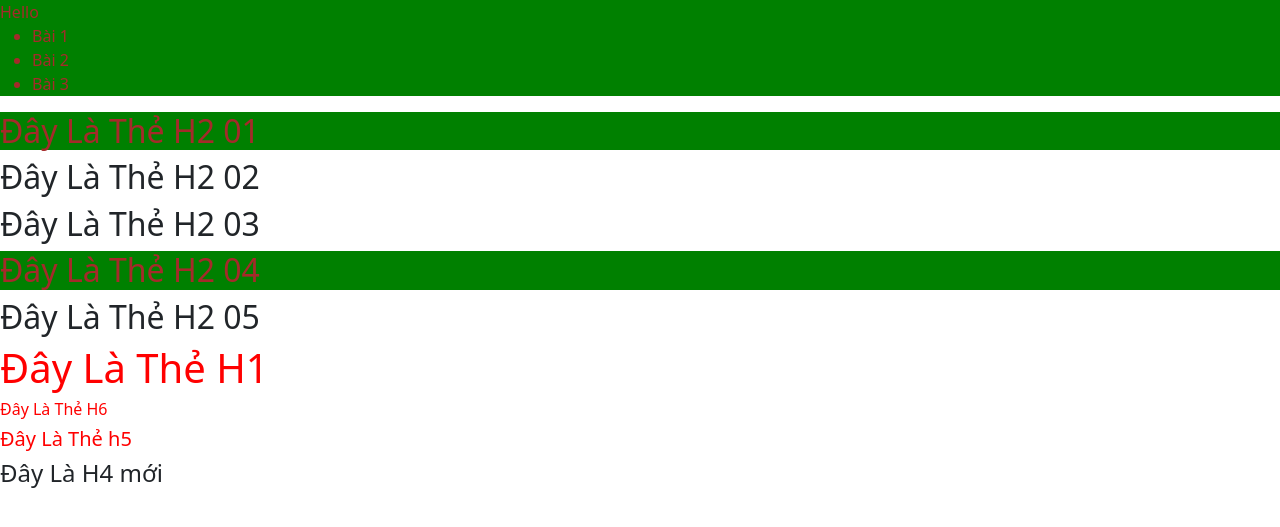
Repository: HuynhDuc23/learn__javascript__basic
Page: lab19/dom.html
These files come from the project's save history. The page is drawn as it stood at one moment and after the next save; the edit follows.
The browser window is 1280 px wide. The pictures show the whole page.

Above is the page before, as saved 2024-01-10 10:57:48.

After the next save:
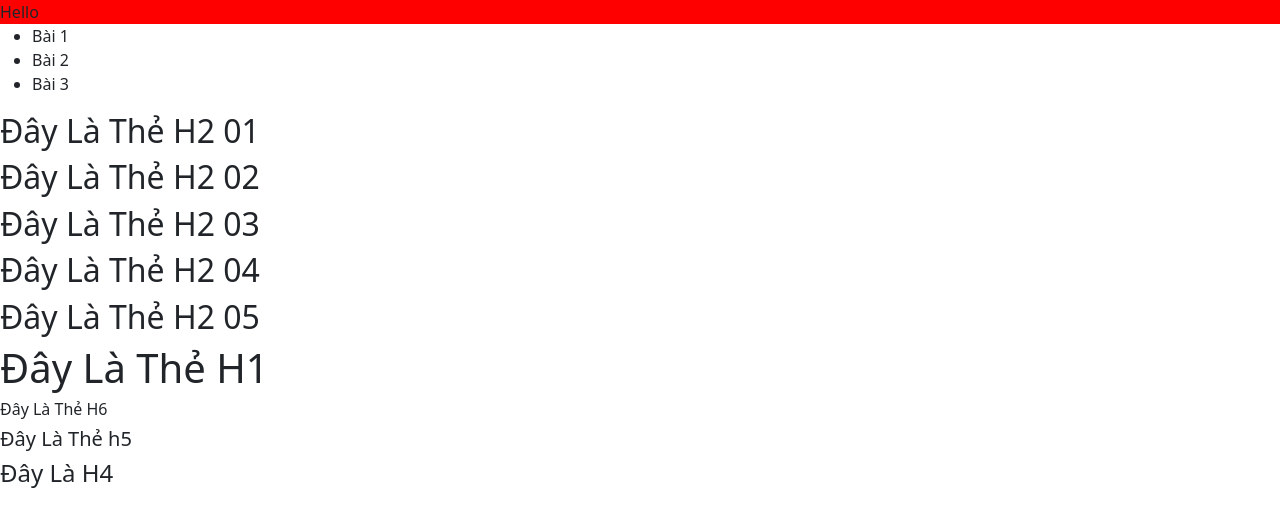
Console error: SyntaxError: missing ) after argument list
Saved 29 s later.
--- a/lab19/dom.html
+++ b/lab19/dom.html
@@ -46,7 +46,7 @@
        const h4 =  document.querySelector("h4").innerHTML="Đây Là H4 mới"
        console.log(typeof h4)
        const h4Test =  document.querySelector("h4");
-       console.log(h4Test);
+       console.log( typof h4Test);
 
        var test = "";
       var newTest =  test.innerHTML ="inner HTML New";

After the save that followed:
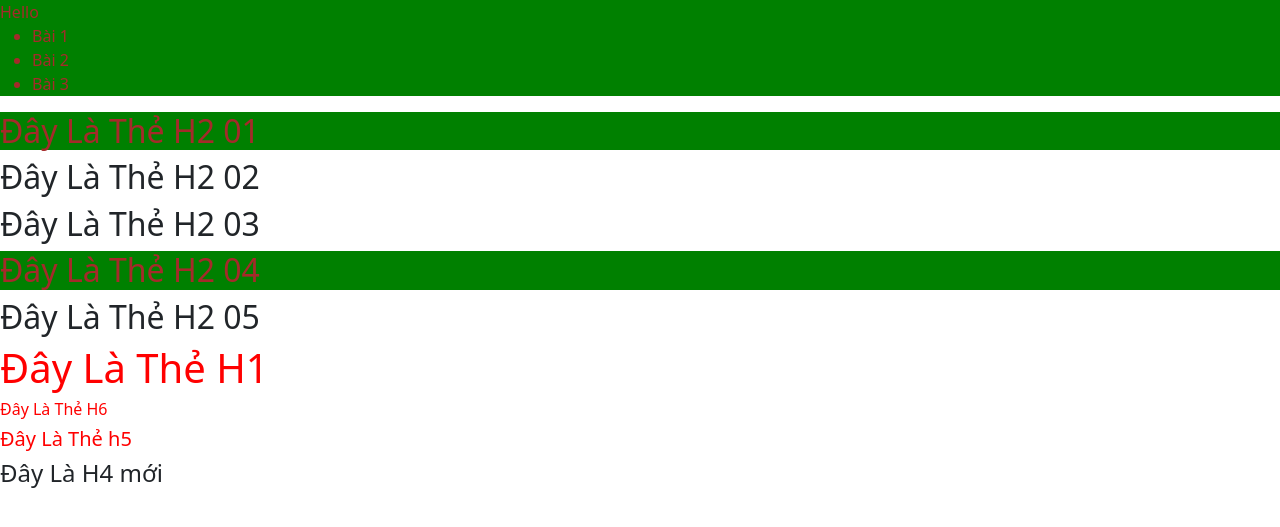
The error is gone.
Saved 5 s later.
--- a/lab19/dom.html
+++ b/lab19/dom.html
@@ -46,7 +46,7 @@
        const h4 =  document.querySelector("h4").innerHTML="Đây Là H4 mới"
        console.log(typeof h4)
        const h4Test =  document.querySelector("h4");
-       console.log( typof h4Test);
+       console.log( typeof h4Test);
 
        var test = "";
       var newTest =  test.innerHTML ="inner HTML New";
